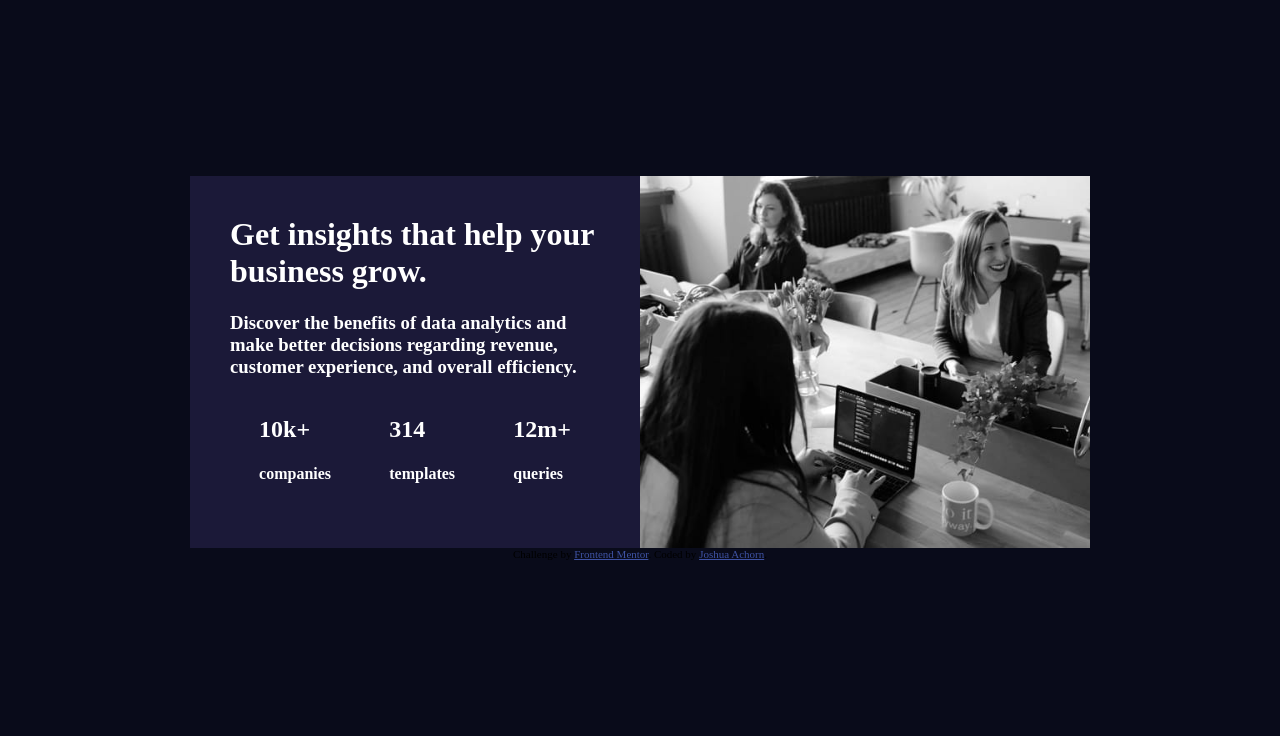
Repository: Achorn/stats-preview-card
Page: index.html
An editor plug-in stored every save of this project. The page is shown before and after the next save, followed by the edit.
The browser window is 1280 px wide. The pictures show the whole page.

Above is the page before, as saved 2021-06-16 16:29:55.

After the next save:
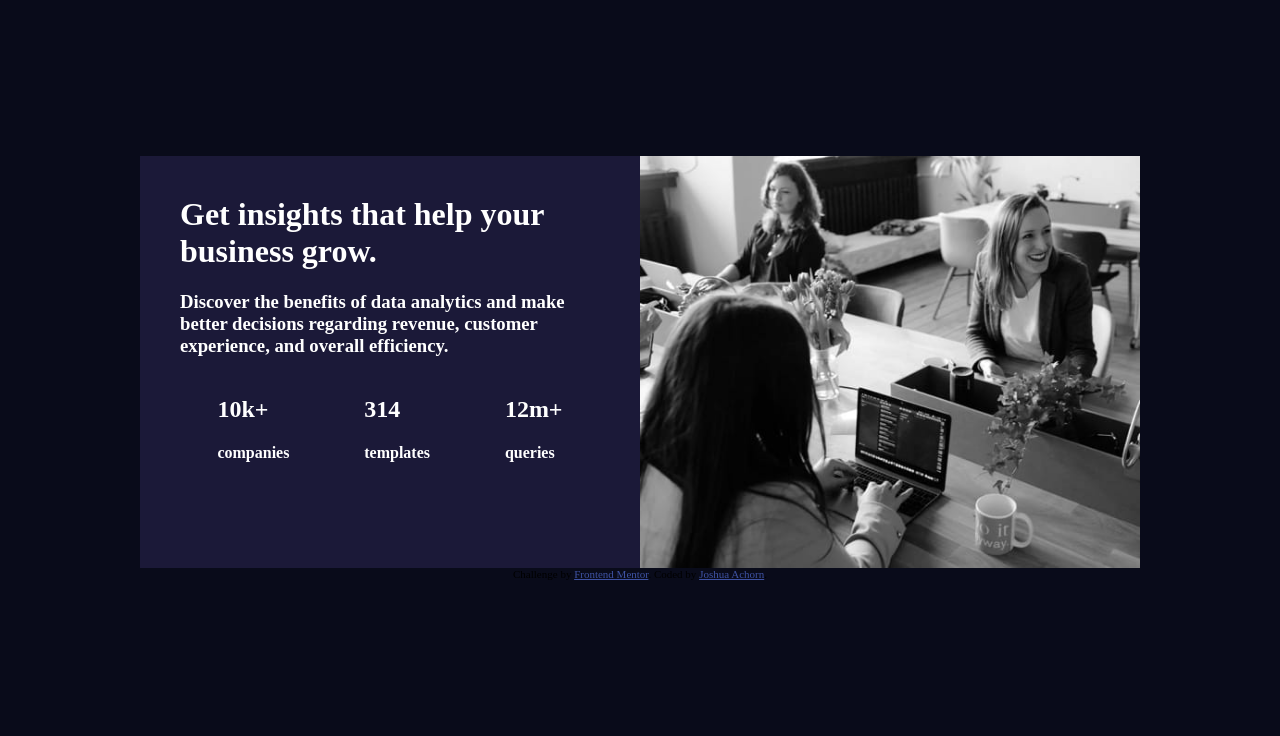
Saved 7 s later.
--- a/styles.css
+++ b/styles.css
@@ -14,7 +14,7 @@
 }
 
 #card-container {
-  width: 900px;
+  width: 1000px;
   color: white;
   background-color: hsl(244, 38%, 16%);
   display: flex;

After the save that followed:
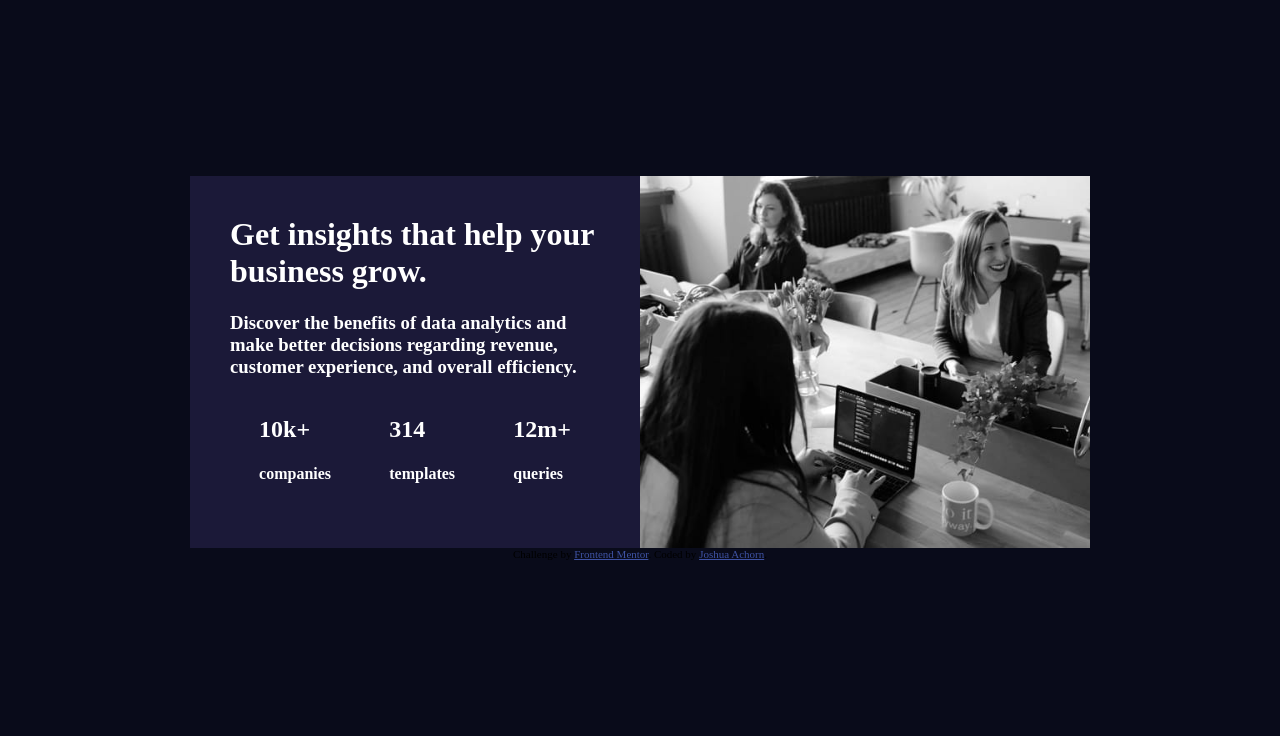
Saved 12 s later.
--- a/styles.css
+++ b/styles.css
@@ -14,7 +14,7 @@
 }
 
 #card-container {
-  width: 1000px;
+  width: 900px;
   color: white;
   background-color: hsl(244, 38%, 16%);
   display: flex;
